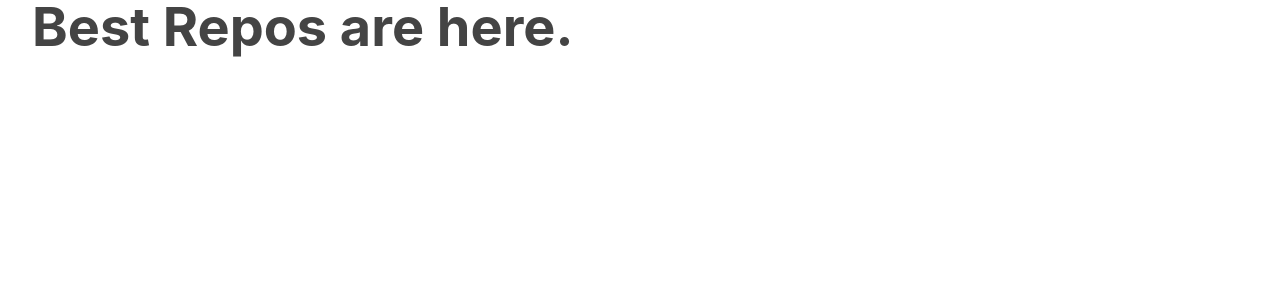
Repository: MoRamdan11/Trending-repos-challenge
Page: /
These files come from the project's save history. The page is drawn as it stood at one moment and after the next save; the edit follows.
The browser window is 1280 px wide. The pictures show the whole page.
The project was rebuilt for these pictures with package versions that can differ from the ones it lists, and the page was loaded fresh each time. Also part of the build but not shown: src/App.css, src/components/test.js.

Above is the page before, as saved 2021-08-31 20:55:16.

After the next save:
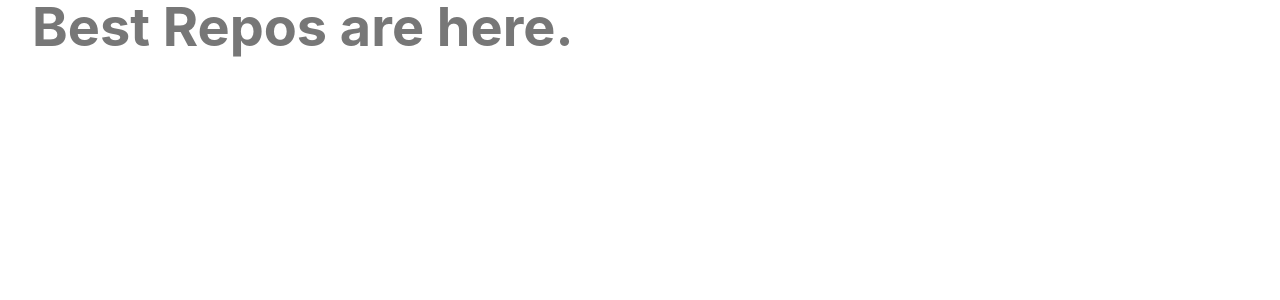
Saved 9 s later.
--- a/src/components/Hero/hero.css
+++ b/src/components/Hero/hero.css
@@ -8,5 +8,5 @@
 .hero-header {
   font-size: 5.4rem;
   font-weight: 700;
-  color: #444;
+  color: #777;
 }
